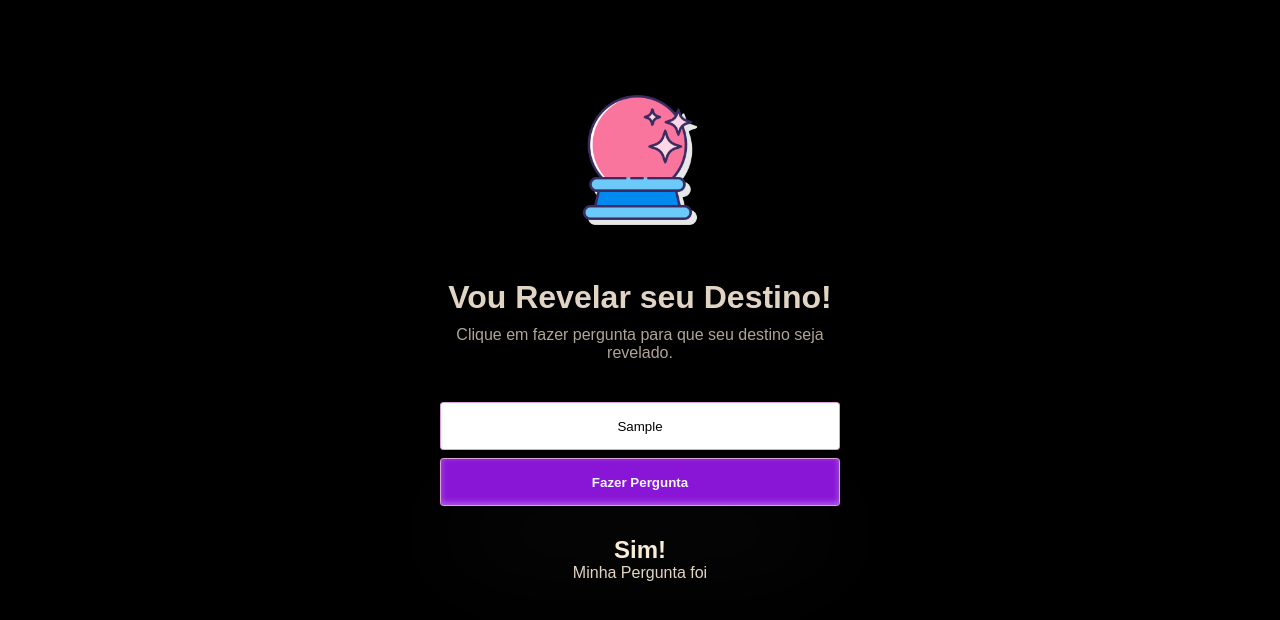
Repository: guilhermecardoso93/nlwexplorer
Page: index.html
An editor plug-in stored every save of this project. The page is shown before and after the next save, followed by the edit.
The browser window is 1280 px wide. The pictures show the whole page.
Empty fields were first filled with sample values (such as "Sample", 5 or name@example.com).
After loading, the first visible `#buttonQ` was clicked once.

Above is the page before, as saved 2022-06-11 18:55:59.

After the next save:
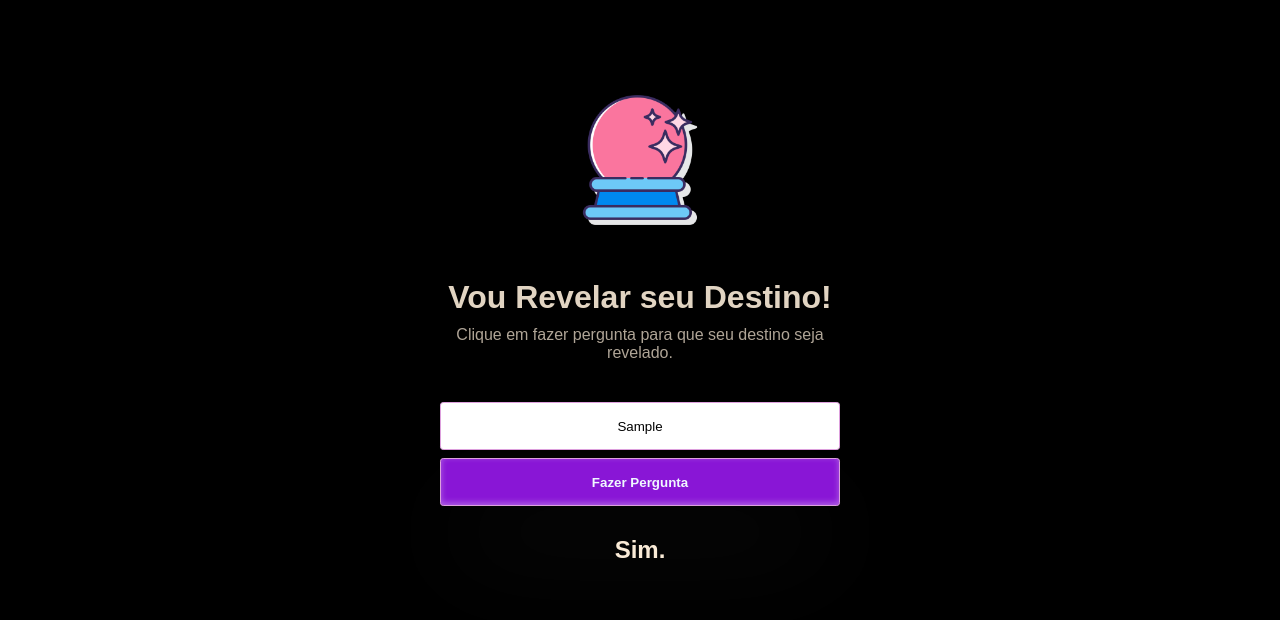
Saved 98 s later.
--- a/script.js
+++ b/script.js
@@ -20,10 +20,11 @@ const respostas = [
   "Sinais apontam que sim."
 ];
 
-const respostaCampo = document.querySelector('#resposta')
+const respostaCampo = document.querySelector("#resposta");
 
 function fazerPergunta() {
   const totalRespostas = respostas.length;
   const numeroAleatorio = Math.floor(Math.random() * totalRespostas);
+  respostaCampo.innerHTML = respostas[numeroAleatorio]
 
 }
